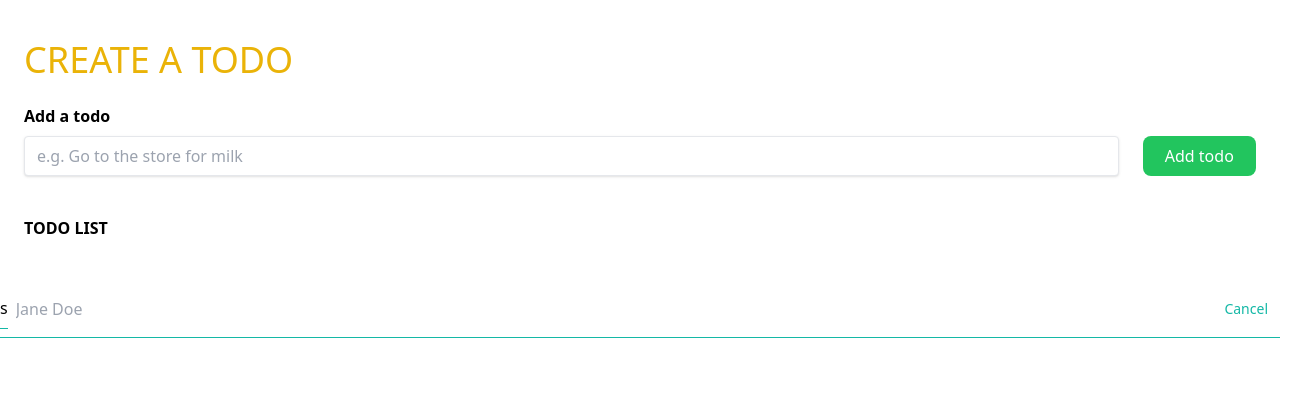
Repository: Kajo-lab/vue-todo
Page: /
These files come from the project's save history. The page is drawn as it stood at one moment and after the next save; the edit follows.
The browser window is 1280 px wide. The page is 1280 px wide, then 1292 px, so the pictures cover 1292 px, including what lies to the right of the window. The pictures show the whole page.
The project was rebuilt for these pictures with package versions that can differ from the ones it lists, and the page was loaded fresh each time. Also part of the build but not shown: vite.config.js, webpack.config.js.

Above is the page before, as saved 2022-07-07 18:14:45.

### src/main.js
import { createApp } from 'vue'
import App from './App.vue'
import "./assets/tailwind.css";

createApp(App).mount('#app')

### src/App.vue
<script setup>
import { ref, onMounted, computed, watch } from 'vue'

const todos = ref([])
const name = ref('')

const input_content = ref('')

const todos_asc = computed(() => todos.value.sort((a,b) =>{
	return a.createdAt - b.createdAt
}))

watch(name, (newVal) => {
	localStorage.setItem('name', newVal)
})

watch(todos, (newVal) => {
	localStorage.setItem('todos', JSON.stringify(newVal))
}, {
	deep: true
})

const addTodo = () => {
  if (input_content.value.trim() === '') {
    return
  }

	todos.value.push({
		content: input_content.value,
		done: false,
		editable: false,
		createdAt: new Date().getTime()
	})

	input_content.value = ''
}

const removeTodo = (todo) => {
	todos.value = todos.value.filter((t) => t !== todo)
}

onMounted(() => {
	name.value = localStorage.getItem('name') || ''
	todos.value = JSON.parse(localStorage.getItem('todos')) || []
})
</script>

<template>

<main>
	<div class="relative bg-white px-6 pt-10 pb-8">
		<section class="mb-10">
		<h1 class="text-4xl text-yellow-500 mb-6">CREATE A TODO</h1>
				<h3 class="mb-2 font-bold">Add a todo</h3>
				<form id="new-todo-form" class="flex gap-6" @submit.prevent="addTodo">
					<input
						class="shadow appearance-none border rounded w-full py-2 px-3 text-gray-700 leading-tight focus:outline-none focus:shadow-outline"
						type="text"
						name="content"
						id="content"
						placeholder="e.g. Go to the store for milk"
						v-model="input_content" />

					<input type="submit" value="Add todo" class="h-10 w-32 text-white rounded-lg bg-green-500 hover:bg-green-600"/>
				</form>
		</section>

		<section>
				<h3 class="mb-2 font-bold">TODO LIST</h3>
				<div id="todo-list">
					<div class="flex mb-4" v-for="todo in todos_asc" :class="`todo-item ${todo.done && 'done'}`">

						<div class="todo-content flex items-center border-b border-teal-500 py-2">
						<label>
							<input type="checkbox" v-model="todo.done" />
							<span class="bubble"></span>
						</label>


							<input
							class=" shadow appearance-none border-none rounded w-full py-2 px-3 text-gray-700 leading-tight focus:outline-none focus:shadow-outline"
							type="text"
							v-model="todo.content" />

							<button class="h-10 w-20 text-white rounded-lg bg-red-500 hover:bg-red-600" @click="removeTodo(todo)">Delete</button>
						</div>
					</div>

				</div>
		</section>
	</div>



  <div class="flex items-center border-b border-teal-500 py-2">
	<div class="flex gap-6 items-center border-b border-teal-500 py-2">s</div>


    <input class="appearance-none bg-transparent border-none w-full text-gray-700 mr-3 py-1 px-2 leading-tight focus:outline-none" type="text" placeholder="Jane Doe" aria-label="Full name">

    <button class="flex-shrink-0 border-transparent border-4 text-teal-500 hover:text-teal-800 text-sm py-1 px-2 rounded" type="button">
      Cancel
    </button>
  </div>

</main>





</template>

<style src="./assets/tailwind.css"></style>

### src/assets/tailwind.css
@tailwind base;
@tailwind components;
@tailwind utilities;


.bubble {
	display: flex;
	align-items: center;
	justify-content: center;
	width: 20px;
	height: 20px;
	border-radius: 50%;
	border: 2px solid var(--business);
	box-shadow: var(--business-glow);
}


.todo-item label {
    @apply block mr-4 cursor-pointer ;
}


.todo-item.done .todo-content input {
	text-decoration: line-through;
	color: gray;
}

Loaded but not shown: tailwind.config.js (common file)

After the next save:
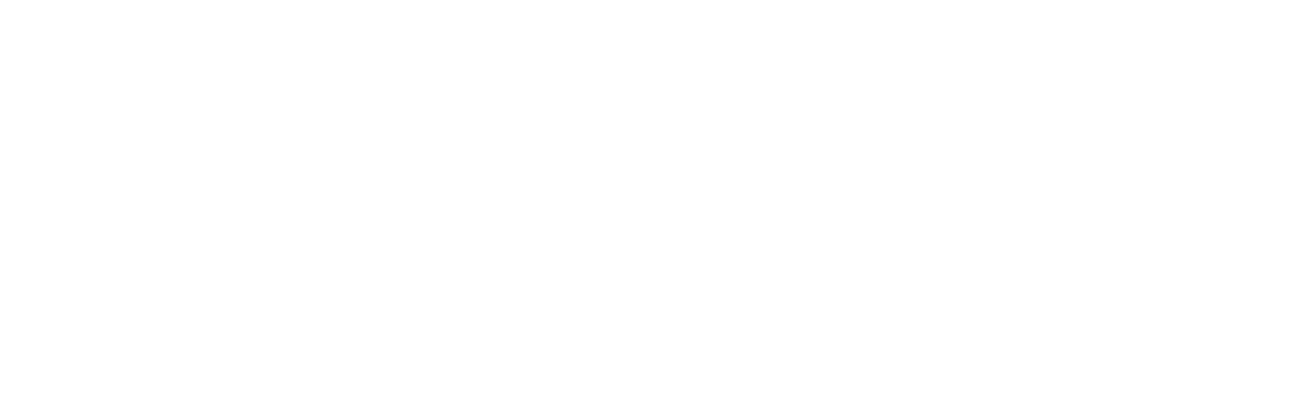
Console error: TypeError: Cannot read properties of undefined (reading 'done')
Saved 5 s later.
--- a/src/App.vue
+++ b/src/App.vue
@@ -93,7 +93,9 @@
 
 
   <div class="flex items-center border-b border-teal-500 py-2">
-	<div class="flex gap-6 items-center border-b border-teal-500 py-2">s</div>
+	<div class="flex gap-6 items-center border-b border-teal-500 py-2">
+		 <inpu type="checkbox" v-model="todo.done" />
+	</div>
 
 
     <input class="appearance-none bg-transparent border-none w-full text-gray-700 mr-3 py-1 px-2 leading-tight focus:outline-none" type="text" placeholder="Jane Doe" aria-label="Full name">

After the save that followed:
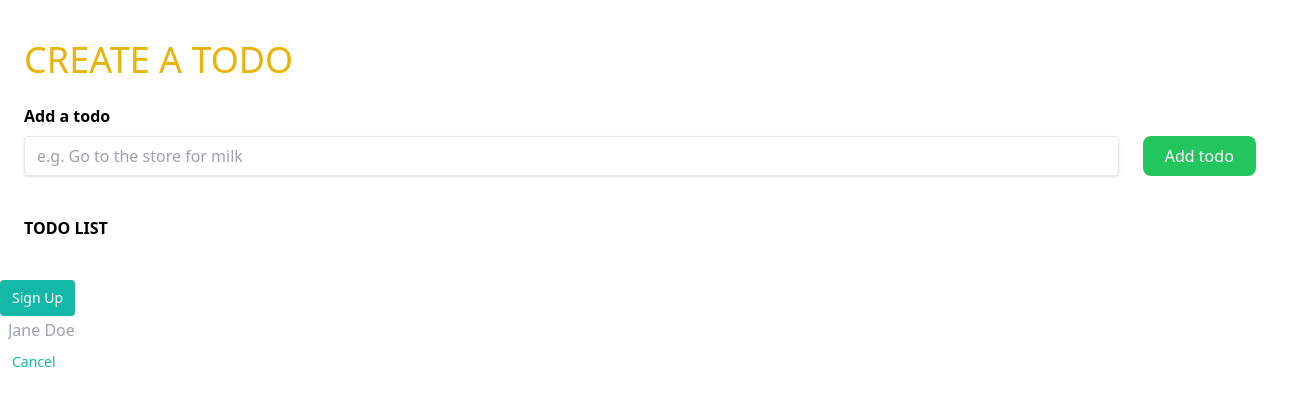
The error is gone.
Saved 17 s later.
--- a/src/App.vue
+++ b/src/App.vue
@@ -92,12 +92,10 @@
 
 
 
-  <div class="flex items-center border-b border-teal-500 py-2">
-	<div class="flex gap-6 items-center border-b border-teal-500 py-2">
-		 <inpu type="checkbox" v-model="todo.done" />
-	</div>
-
-
+  <div class="">
+	<button class="flex-shrink-0 bg-teal-500 hover:bg-teal-700 border-teal-500 hover:border-teal-700 text-sm border-4 text-white py-1 px-2 rounded" type="button">
+      Sign Up
+    </button>
     <input class="appearance-none bg-transparent border-none w-full text-gray-700 mr-3 py-1 px-2 leading-tight focus:outline-none" type="text" placeholder="Jane Doe" aria-label="Full name">
 
     <button class="flex-shrink-0 border-transparent border-4 text-teal-500 hover:text-teal-800 text-sm py-1 px-2 rounded" type="button">
